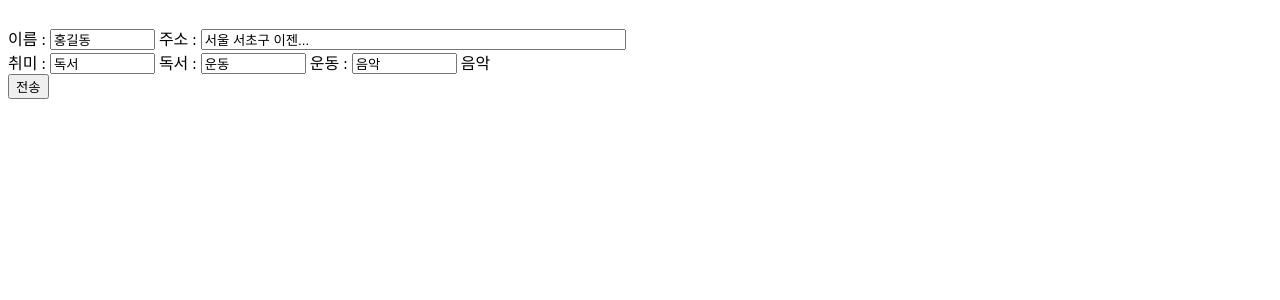
Repository: HongMW/study
Page: http://localhost/jsp01_basic/jsp02_elements/jsp08_parameters.jsp
An editor plug-in stored every save of this project. The page is shown before and after the next save, followed by the edit.
The browser window is 1280 px wide. The pictures show the whole page.
The page is served by Tomcat 9. Other server files are loaded and not shown.

Above is the page before, as saved 2022-12-12 02:16:58.

### 04.jsp/jsp01_basic/WebContent/jsp02_elements/jsp08_parameters.jsp
<%@page language="java" contentType="text/html; charset=UTF-8" pageEncoding="UTF-8"%>
<!DOCTYPE html>
<html>
<head>
<meta charset="UTF-8">
<title>Insert title here</title>
</head>
<body>
	<form action="jsp09_parameters_view.jsp" method="get"><br>
		이름 : <input type="text" nema ="name" size="10" value="홍길동">
		주소 : <input type="text" nema ="addr" size="50" value="서울 서초구 이젠..."><br>
		취미 : <input type="text" nema ="hobby" size="10" value="독서"> 독서
		 	 : <input type="text" nema ="hobby" size="10" value="운동"> 운동
			 : <input type="text" nema ="hobby" size="10" value="음악"> 음악<br>
		<input type="submit" value="전송">
	</form>
</body>
</html>

After the next save:
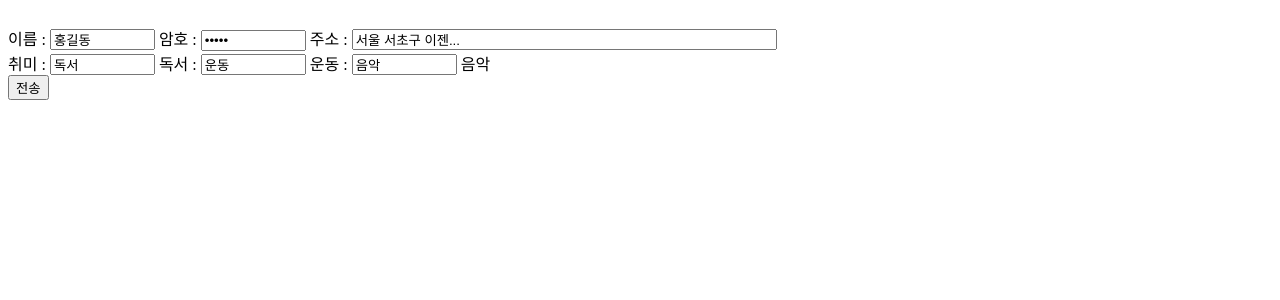
Saved 86 s later.
--- a/04.jsp/jsp01_basic/WebContent/jsp02_elements/jsp08_parameters.jsp
+++ b/04.jsp/jsp01_basic/WebContent/jsp02_elements/jsp08_parameters.jsp
@@ -8,6 +8,7 @@
 <body>
 	<form action="jsp09_parameters_view.jsp" method="get"><br>
 		이름 : <input type="text" nema ="name" size="10" value="홍길동">
+		암호 : <input type="password" nema ="pw" size="10" value="12345">
 		주소 : <input type="text" nema ="addr" size="50" value="서울 서초구 이젠..."><br>
 		취미 : <input type="text" nema ="hobby" size="10" value="독서"> 독서
 		 	 : <input type="text" nema ="hobby" size="10" value="운동"> 운동
